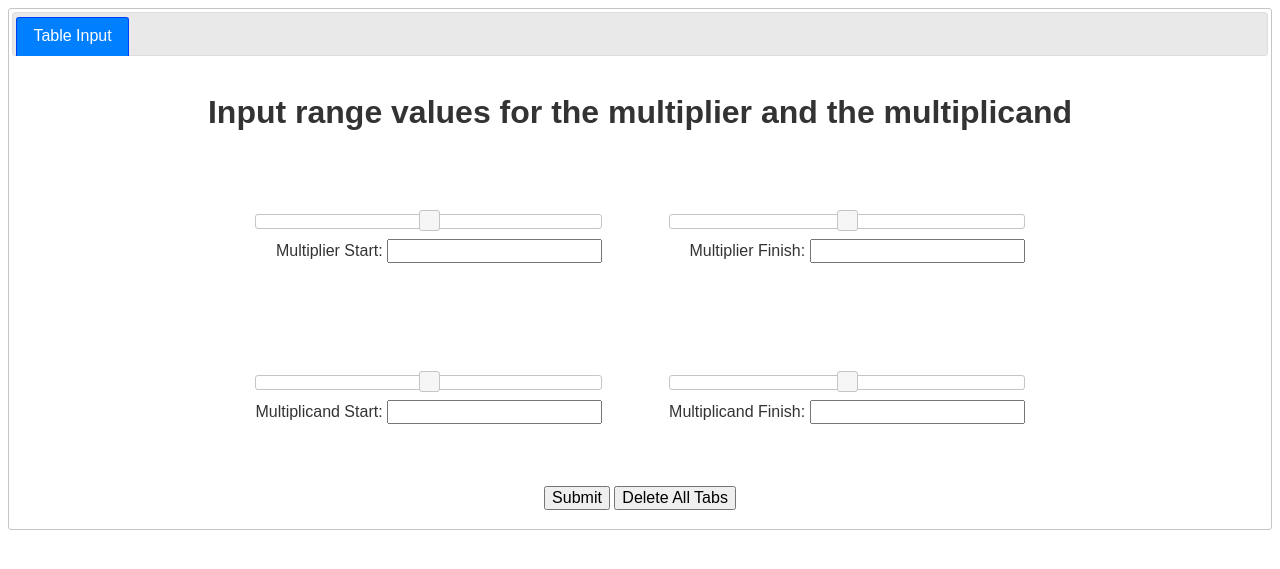
Repository: khrasna/HW4Part2
Page: index.html
The author's editor kept a copy of each file at every save. The page is drawn from the files as they stood at one save, then again after the next save.
The browser window is 1280 px wide. The pictures show the whole page.
Some web libraries are served in a nearby version.

Above is the page before, as saved 2021-11-15 20:32:01.

### index.html
<!-- HTML file for Assignment 3
By Karsten Hrasna  email Karsten_Hrasna@student.uml.edu-->
<!DOCTYPE html>
<html>

<head>
    <title>Multiplication Table</title>
    <link rel="stylesheet" href="style.css">
    <script type="text/javascript" src="https://ajax.googleapis.com/ajax/libs/jquery/3.5.1/jquery.min.js"></script>
    <script type="text/javascript" src="dist/jquery.validate.min.js"></script>
    <script type="text/javascript" src="formvalidate.js"></script>
    <script type="text/javascript"
        src="https://ajax.googleapis.com/ajax/libs/jqueryui/1.11.4/jquery-ui.min.js"></script>
    <link rel="stylesheet" href="https://ajax.googleapis.com/ajax/libs/jqueryui/1.11.4/themes/smoothness/jquery-ui.css">
</head>

<body>

    <div id="tabs">
        <ul>
            <li><a href='#tab1'>Table Input</a></li>
        </ul>
        <div id="tab1">
            <h1>Input range values for the multiplier and the multiplicand</h1>
            <!-- Learned from W3schools. Creates a form which takes number ranges for multiplier and multiplicand. -->
            <form id="FormInput" action="javascript:void(0);" method="get">
                <!--Learned about javascript:void(0) from Dutchie432 at https://stackoverflow.com/questions/1818249/form-with-no-action-and-where-enter-does-not-reload-page-->
                <table>
                    <tr>

                        <td class="pad">
                            <div id="slider-1"></div>
                            Multiplier Start: <input input="text" name="MultiplierStart">
                        </td>

                        <td>
                            <div id="slider-2"></div>
                            Multiplier Finish: <input type="text" name="MultiplierFinish">
                        </td>
                    </tr>
                    <tr>
                        <td class="pad">
                            <div id="slider-3"></div>
                            Multiplicand Start: <input type="text" name="MultiplicandStart">
                        </td>

                        <td>
                            <div id="slider-4"></div>
                            Multiplicand Finish: <input type="text" name="MultiplicandFinish">
                        </td>
                    </tr>
                </table>
                <input type="submit" value="Submit">
                <input type="button" name="clear" value="Delete All Tabs">
                <!--goes directly under form and processes the input to create a mult table-->
            </form>
        </div>
    </div>


</body>

</html>

### style.css
/*Created by Karsten Hrasna. email: Karsten_Hrasna@student.uml.edu*/
html,
body {
    height: 97%;
    text-align: center;
}

#slider-1,
#slider-2,
#slider-3,
#slider-4 {
    margin-bottom: 10px;
    margin-top: 10px;
}

div#tab1 {
    display: grid;
    grid-template-columns: 100%;
    /* top row of grid holds the form for input, the rest of page holds the multiplication table*/
    grid-template-rows: auto;
    height: 97%;

}

#multTable {
    margin: auto;
    border-collapse: separate;
    border-spacing: 0;
    /*the dynamically sized multiplication table */
    margin-top: 0px;
    border-bottom: 0px;

}

input[type=submit] {
    /* submit button under form spaced here */
    margin-top: 10px;
    margin-bottom: 0px;
}

#multTable td,
th {
    border: solid;
    border-color: black;
    min-width: 70px;
    font-size: 30px;
    height: 70px;
}


#multTable th {
    position: sticky;
    top: 0px;
    border-right: solid;
    border-right-color: white;
    border-bottom: solid;
    border-bottom-color: white;
    background-color: black;
    color: white;

}

#multTable th:first-child {
    position: sticky;
    top: 70px;
    left: 0;
}


.sticky {
    position: fixed;
    top: 0px;
    /* get the headers to stay fixed on mult table */
    width: 100%;
}

#multTable tr:first-child th:first-child {
    border: none;
    background-color: white;
}

#multTable p.inputError {
    margin: 0px;
}

form {
    margin-bottom: 0px;
}

table {
    margin-left: auto;
    margin-right: auto;
}

form td {
    text-align: right;
    justify-content: right;
    padding: 50px;
    /*line up the input form textboxes*/
}

form p {
    margin: 0px;
}

td.pad {
    padding-right: 15px;
}

### formvalidate.js
var tabs;

$(function () {
    $("#tabs").tabs();

    $("#slider-1").slider({
        min: -50,                       //initialize the four sliders to set the values of their respective input boxes
        max: 50,
        slide: function (event, ui) {
            $('input[name="MultiplierStart"]').val(ui.value);
        }
    });
    $("#slider-2").slider({
        min: -50,
        max: 50,
        slide: function (event, ui) {
            $('input[name="MultiplierFinish"]').val(ui.value);
        }
    });
    $("#slider-3").slider({
        min: -50,
        max: 50,
        slide: function (event, ui) {
            $('input[name="MultiplicandStart"]').val(ui.value);
        }
    });
    $("#slider-4").slider({
        min: -50,
        max: 50,
        slide: function (event, ui) {
            $('input[name="MultiplicandFinish"]').val(ui.value);
        }
    });

    $('input[name="MultiplierStart"]').on('keyup', function () { //if the input boxes values are changed, set the slider to that value
        $("#slider-1").slider("option", "value", $('input[name="MultiplierStart"]').val());
    });

    $('input[name="MultiplierFinish"]').on('keyup', function () {
        $("#slider-2").slider("option", "value", $('input[name="MultiplierFinish"]').val());
    });

    $('input[name="MultiplicandStart"]').on('keyup', function () {
        $("#slider-3").slider("option", "value", $('input[name="MultiplicandStart"]').val());
    });

    $('input[name="MultiplicandFinish"]').on('keyup', function () {
        $("#slider-4").slider("option", "value", $('input[name="MultiplicandFinish"]').val());
    });


    $.validator.addMethod("less", function (value, element, params) {
        if (params[0].value == "") {
            return true; // dont want it to say that the start has to be greater than finish if no finish given. instead it will say to give finish value in other error
        } else {
            return this.optional(element) || +value <= +params[0].value;

        } //checks to make sure that the starts are less than the finishes, learned from
    });                                                           // https://jqueryvalidation.org/jQuery.validator.addMethod/

    $('input[value="Submit"]').on("click", function () {

        $("#FormInput").validate({
            onkeyup: false,     //this makes it so the validator doesnt update the error messages whenever new input is typed. only validates when submit is hit.
            onfocusout: false,  //learned about onkeyup, and onfocusout at https://www.sitepoint.com/jquery-validation-validate-form-submit/
            rules: {
                MultiplierStart: {
                    range: [-50, 50],
                    less: $('input[name="MultiplierFinish"]'),
                    required: true

                },
                MultiplierFinish: {
                    required: true,
                    range: [-50, 50]
                },

                MultiplicandStart: {
                    range: [-50, 50],
                    less: $('input[name="MultiplicandFinish"]'),
                    required: true
                },

                MultiplicandFinish: {
                    range: [-50, 50],
                    required: true
                }
            },

            messages: {
                MultiplierStart: {
                    required: "Multiplier Start must be a digit between -50 and 50",
                    range: "The range of Multiplier Start must stay within -50 and 50 and only contain numerical digits",
                    less: "The value of Multiplier Start must be less than or equal to Multiplier Finish."
                },

                MultiplierFinish: {
                    required: "Multiplier Finish must be a digit between -50 and 50",
                    range: "The range of Multiplier Finish must stay within -50 and 50 and only contain numerical digits",
                },

                MultiplicandStart: {
                    required: "Multiplicand Start must be a digit between -50 and 50",
                    range: "The range of Multiplicand Start must stay within -50 and 50 and only contain numerical digits",
                    less: "The value of Multiplicand Start must be less than or equal to Multiplicand Finish."
                },

                MultiplicandFinish: {
                    required: "Multiplicand Finish must be a digit between -50 and 50",
                    range: "The range of Multiplicand Finish must stay within -50 and 50 and only contain numerical digits",
                }
            },

            errorPlacement: function (error, element) {
                $(error).appendTo($(('#FormInput')));
            },
            errorElement: "p"

        });

        if ($("#FormInput").valid()) {
            process();
        }

    });

    $('input[name="clear"]').on("click", function () {
        for (var i = 2; i <= tabs; i++) {
            $("#tab" + i).remove();
            $("#tabs").find("li:not(:first)").remove();
            $("#tabs").tabs('refresh');
        }
    });

});

function process() {
    var multStart = $('input[name="MultiplierStart"]').val();
    var multFinish = $('input[name="MultiplierFinish"]').val();
    var multiplicandStart = $('input[name="MultiplicandStart"]').val();
    var multiplicandFinish = $('input[name="MultiplicandFinish"]').val();

     //clear old table and create a table with size based on input given
    const rowVals = [];
    const colVals = []; //these will hold the values of the multiplier and multiplicand
    var rows = multFinish - multStart;
    var cols = multiplicandFinish - multiplicandStart;
    tabs = $("#tabs ul li").length + 1; //number of tabs, learned from https://stackoverflow.com/questions/14702631/in-jquery-ui-1-9-how-do-you-create-new-tabs-dynamically
    for (var i = 0; i <= cols; i++) {
        colVals[i] = (+multiplicandStart + +i); //save the values of the numbers being multiplied
    }
    for (var i = 0; i <= rows; i++) {
        rowVals[i] = (+multStart + +i);
    }
    var table = createTable(rows, cols, rowVals, colVals); //create table based on total rows and cols, and top and left are the sets of multipliers and multiplicands
    table.id = "multTable";
    //adds list item to tab list with parameters as title
    $("#tabs ul").append("<li><a href='#tab" + tabs + "'>" + multStart + " " + multFinish + " " + multiplicandStart + " " + multiplicandFinish + "</a></li>");
    $("#tabs").append("<div id='tab" + tabs + "'></div>"); //also learned from https://stackoverflow.com/questions/14702631/in-jquery-ui-1-9-how-do-you-create-new-tabs-dynamically
    $("#tab" + tabs).append(table); //adds the table to a new tab
    $("#tabs").tabs("refresh");

}

function createTable(rows, cols, rowVals, colVals) {
    var t = document.createElement('table');
    for (var x = 0; x <= rows + 1; x++) { // rows and cols + 1 to indicate ranges of numbers
        var r = document.createElement('tr');
        t.appendChild(r);
        for (var y = 0; y <= cols + 1; y++) {   //creates the cols of the table row by row
            if (y == 0) {
                var c = document.createElement('th'); //create and insert element based on position in table
                c.id = "topHeader";
                if (x != 0) {
                    c.innerHTML = rowVals[x - 1]; // - 1 because it is moved over 1 to the right
                }
            } else if (x == 0) {
                var c = document.createElement('th');
                if (y != 0) {
                    c.innerHTML = colVals[y - 1];
                }
            } else {
                var c = document.createElement('td');
                c.innerHTML = rowVals[x - 1] * colVals[y - 1];
                if (((y % 2) + (x % 2)) == 0 || ((y % 2) + (x % 2)) == 2) { // checker board effect
                    c.style.backgroundColor = "gray";
                }
            }
            r.appendChild(c);
        }
    }
    return t;
}

Loaded but not shown: dist/jquery.validate.min.js (library)

After the next save:
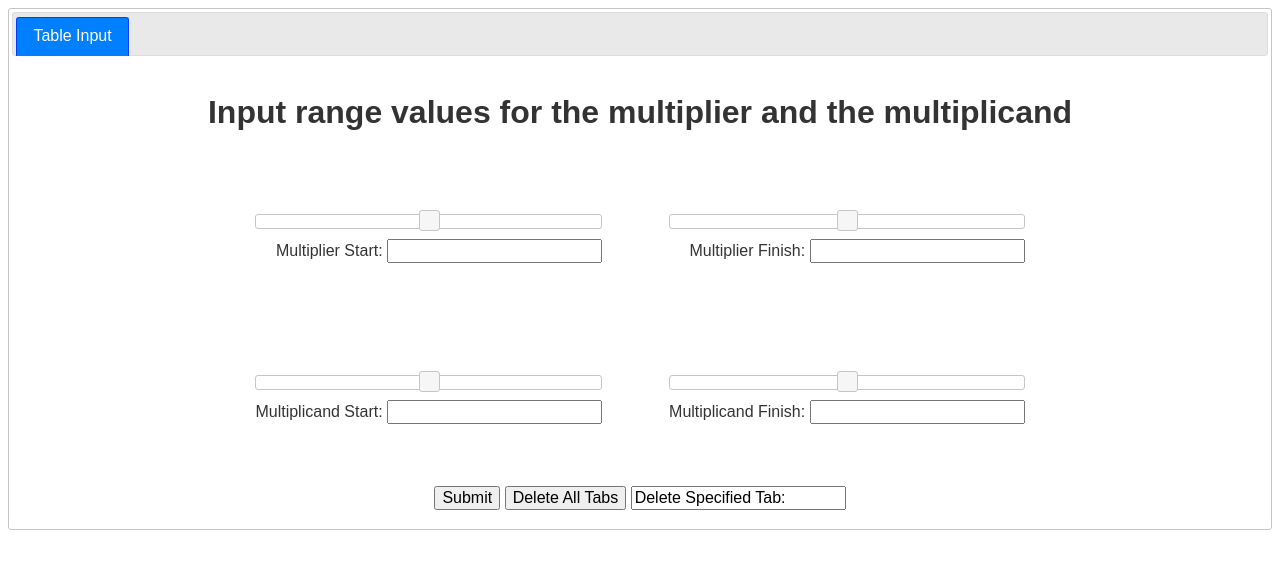
Saved 114 s later.
--- a/index.html
+++ b/index.html
@@ -52,6 +52,7 @@
                 </table>
                 <input type="submit" value="Submit">
                 <input type="button" name="clear" value="Delete All Tabs">
+                <input type="text" name="clearx" value="Delete Specified Tab: ">
                 <!--goes directly under form and processes the input to create a mult table-->
             </form>
         </div>

After the save that followed:
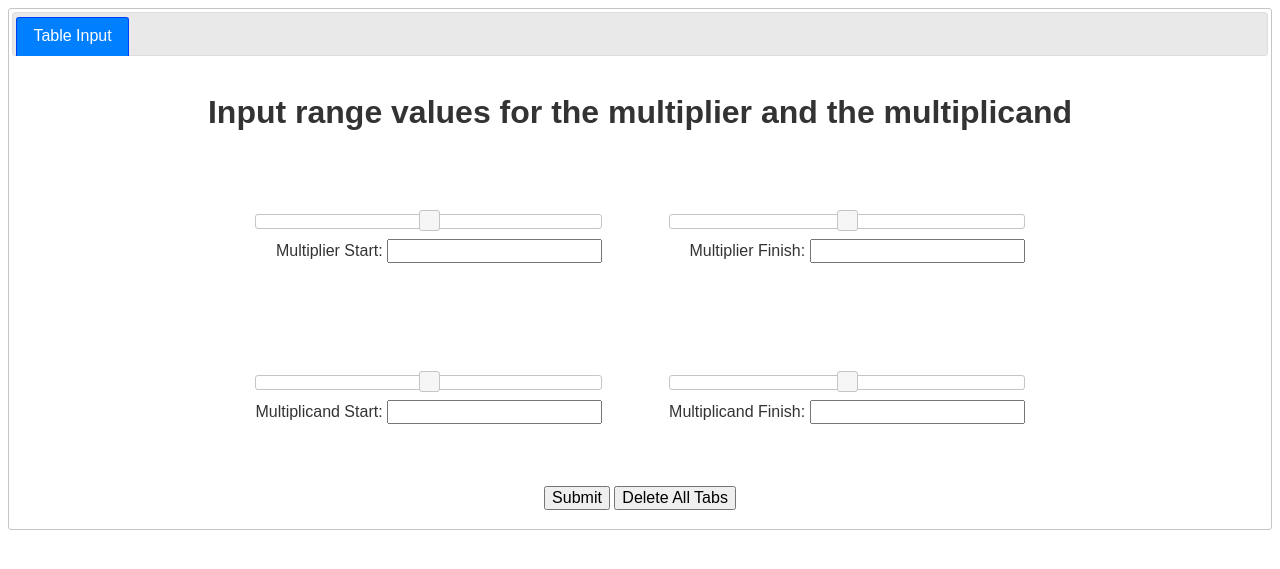
Saved 54 s later.
--- a/index.html
+++ b/index.html
@@ -52,8 +52,8 @@
                 </table>
                 <input type="submit" value="Submit">
                 <input type="button" name="clear" value="Delete All Tabs">
-                <input type="text" name="clearx" value="Delete Specified Tab: ">
-                <!--goes directly under form and processes the input to create a mult table-->
+                <label type="text" name="clearx" value="Delete Specified Tab: ">
+                    <!--goes directly under form and processes the input to create a mult table-->
             </form>
         </div>
     </div>
